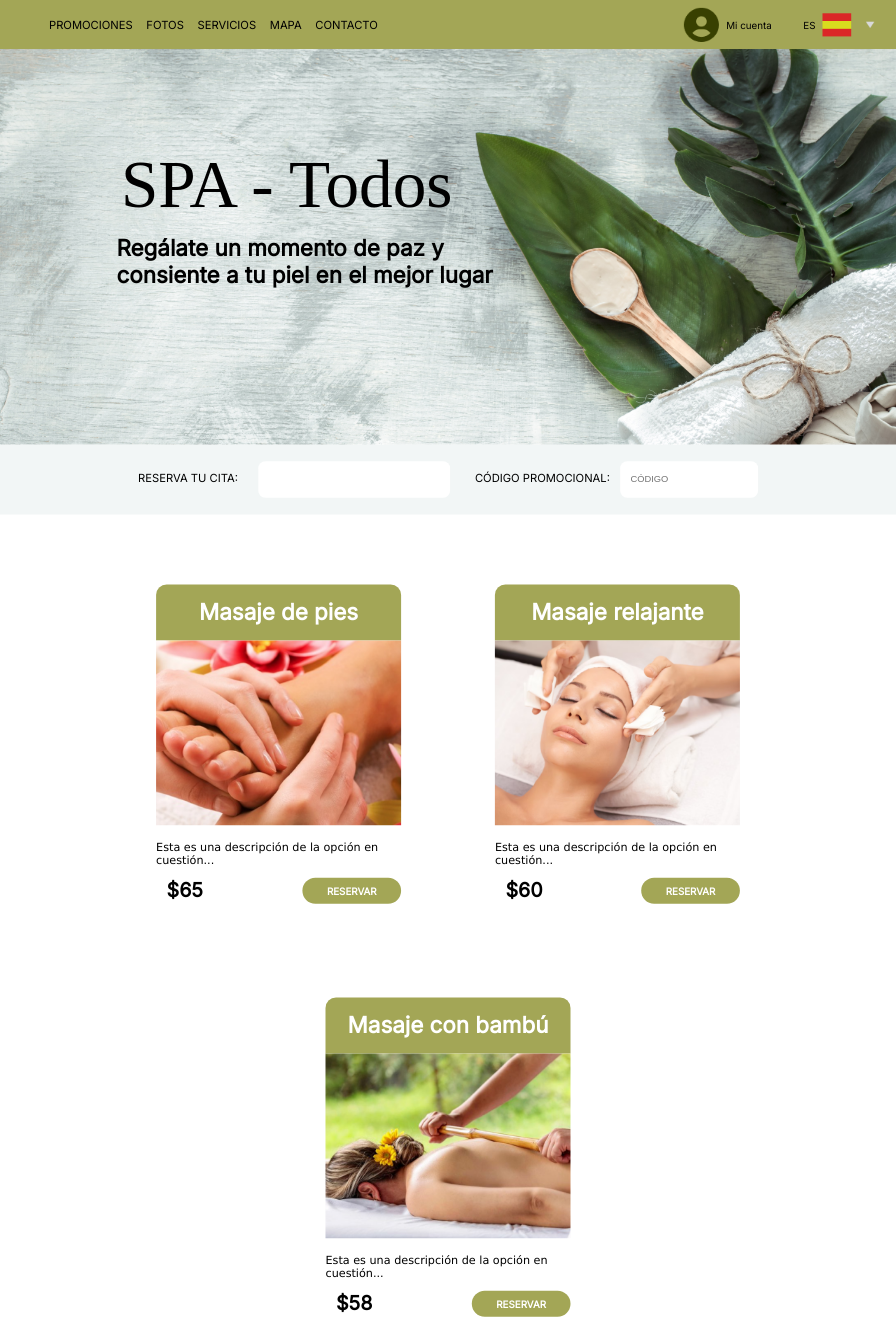
Repository: alexc492/Spa
Page: index.html
An editor plug-in stored every save of this project. The page is shown before and after the next save, followed by the edit.
The browser window is 1280 px wide. The pictures show the part of the page from y = 0 to 1920 px (the page is 2844 px tall), at 70% of full size.
Some web fonts or font styles are not loaded; a fallback is used.

Above is the page before, as saved 2025-05-27 04:02:38.

### index.html
<!DOCTYPE html>
<html lang="en">
<head>
    <meta charset="UTF-8">
    <meta name="viewport" content="width=device-width, initial-scale=1.0">
    <title>SPA</title>
    <link rel="stylesheet" href="styleSpa.css">
    <link href="https://fonts.googleapis.com/css2?family=Inter&display=swap" rel="stylesheet">
    <link href="https://fonts.googleapis.com/css2?family=Romanesco&display=swap" rel="stylesheet">
</head>
<body>
    <!-- Menú -->
     <header>
        <nav>
            <ul>
                <li><a href="#promociones">PROMOCIONES</a></li>
                <li><a href="#fotos">FOTOS</a></li>
                <li><a href="#servicios">SERVICIOS</a></li>
                <li><a href="#mapa">MAPa</a></li>
                <li><a href="#contacto">CONTACTO</a></li>
            </ul>
            <div class="derecha">
                <div class="user">
                    <img src="images/user.png" alt="avatar">
                    <span class="miniatura">Mi cuenta</span>
                </div>
                <div class="language">
                    <span class="miniatura">ES</span>
                    <img src="images/flag.png" alt="bandera">
                </div>
                <div class="flecha">
                    <img src="images/arrow.png" alt="flecha">
                </div>
            </div>
        </nav>
     </header>
    <!-- Contenido -->
     <div class="fondo">
        <img src="images/main.png" alt="fondo">
     </div>
     <div class="titulo">
        <h1>SPA - Todos</h1>
        <p>Regálate un momento de paz y <br> consiente a tu piel en el mejor lugar</p>
     </div>
     <!-- Reserva -->
      <div class="reserva">
        <div class="rc">
            <label for="reserva">Reserva tu cita:</label>
            <input type="text" id="cita" name="cita">
        </div>
        <div class="cp">
            <label for="codigo">Código promocional:</label>
            <input type="text" placeholder="CÓDIGO" id="promocional" name="promocional">
        </div>
      </div>
     <!-- Masajes -->
      <div class="tipos">
        <div class="masajes">
            <div class="masaje">
                <div class="nombre">
                    <h2>Masaje de pies</h2>
                </div>
                <div class="img-masaje">
                    <img src="images/pies.png" alt="Masaje de pies">
                </div>
                <div class="descripcion">
                    <p>Esta es una descripción de la opción en cuestión...</p>
                </div>
                <div class="pb">
                    <div class="precio">$65</div>
                    <!-- Botón de reserva -->
                    <div class="boton-reserva">
                        <a href="#reserva">Reservar</a>
                    </div>
                </div>
            </div>
            <div class="masaje">
                <div class="nombre">
                    <h2>Masaje relajante</h2>
                </div>
                <div class="img-masaje">
                    <img src="images/relajante.png" alt="Masaje relajante">
                </div>
                <div class="descripcion">
                    <p>Esta es una descripción de la opción en cuestión...</p>
                </div>
                <div class="pb">
                    <div class="precio">$60</div>
                    <!-- Botón de reserva -->
                    <div class="boton-reserva">
                        <a href="#reserva">Reservar</a>
                    </div>
                </div>
            </div>
            <div class="masaje">
                <div class="nombre">
                    <h2>Masaje con bambú</h2>
                </div>
                <div class="img-masaje">
                    <img src="images/bambu.png" alt="Masaje con bambú">
                </div>
                <div class="descripcion">
                    <p>Esta es una descripción de la opción en cuestión...</p>
                </div>
                <div class="pb">
                    <div class="precio">$58</div>
                    <!-- Botón de reserva -->
                    <div class="boton-reserva">
                        <a href="#reserva">Reservar</a>
                    </div>
                </div>
            </div>
        </div>
      </div>
    <!-- Planes de socio -->
    <div class="tipo-plan">
        <div class="descripcion-plan">
            <h2>Hazte socio y prueba nuestros beneficios</h2>
        </div>
        <div class="planes">
            <div class="plan">
                <div class="img-plan">
                    <img src="images/gold.png" alt="Plan Gold">
                </div>
                <div class="nombre-plan">
                    <h2>Gold</h2>
                </div>
                <!-- Botón ver condiciones -->
                <div class="boton-condiciones">
                    <a href="#vercondiciones">Ver condiciones</a>
                </div>
                <div class="beneficios">
                    <ul>
                        <li>Gimnasio</li>
                        <li>Piscina</li>
                        <li>Todos los tratamientos</li>
                    </ul>
                </div>
            </div>
            <div class="plan">
                <div class="img-plan">
                    <img src="images/premium.png" alt="Plan Premium">
                </div>
                <div class="nombre-plan">
                    <h2>Premium</h2>
                </div>
                <!-- Botón ver condiciones -->
                <div class="boton-condiciones">
                    <a href="#vercondiciones">Ver condiciones</a>
                </div>
                <div class="beneficios">
                    <ul>
                        <li>Gimnasio</li>
                        <li>Todos los tratamientos</li>
                    </ul>
                </div>
            </div>
            <div class="plan">
                <div class="img-plan">
                    <img src="images/plate.png" alt="Plan Gold">
                </div>
                <div class="nombre-plan">
                    <h2>Plate</h2>
                </div>
                <!-- Botón ver condiciones -->
                <div class="boton-condiciones">
                    <a href="#vercondiciones">Ver condiciones</a>
                </div>
                <div class="beneficios">
                    <ul>
                        <li>Tratamientos faciales</li>
                    </ul>
                </div>
            </div>
        </div>
    </div>
    <!-- Footer -->
    <footer class="footer">
        <ul>
            <li><a href="#politicasdecookies">Políticas de cookies</a></li>
            <li><a href="#avisolegal">Aviso legal</a></li>
            <li><a href="#protecciondedatos">Protección de datos</a></li>
            <li><a href="#mapadelsitio">Mapa del sitio</a></li>
        </ul>
        <div class="redes">
            <span>Síguenos en</span>
            <img src="images/rs_facebook.png" alt="facebook">
            <img src="images/rs_twiter.png" alt="twitter">
            <img src="images/rs_youtube.png" alt="youtube">
        </div>
    </footer>
</body>
</html>

### styleSpa.css
body{
    font-family:'Inter', sans-serif;
    background: #FFF;
    margin: 0;
    padding: 0;
}
/* Menú */
nav{
    background-color: #A3A656;
    color: #000;
    height: 70px;
    width: 100vw;
    top: 0;
    left: 0;
    display: flex;
    align-items: center;
}
nav ul{
    list-style: none;
    text-decoration: none;
    padding-left: 70px;
}
nav ul a{
    text-decoration: none;
    color: #000;
}
nav ul li{
    display: inline;
    padding-right: 15px;
    font-size: 16px;
    font-weight: 400;
    text-transform: uppercase;
}
nav ul li:hover{
    background-color: #FFFF00;
}

nav .derecha{
    display: flex;
    align-items: flex-end center;
    margin-left: auto;
}
.miniatura{
    font-weight: 400;
    font-size: 14px;
}
.user{
    display: flex;
    align-items: center;
    margin-left: auto;
}
nav .user img{
    width: 50px;
    height: 50px;
    margin-right: 10px;
}
nav .user span{
    margin-right: 45px;
}
.language{
    display: flex;
    align-items: center;
    margin-left: auto;
    margin-right: 20px;
}
nav .language span{
    margin-right: 10px;
}
nav .flecha{
    display: flex;
    align-items: center;
    margin-left: auto;
    margin-right: 30px;
}

/* Contenido */
.fondo img{
    width: 100vw;
}
.titulo h1{
    font-family: 'Romanesco', cursive;
    color: #000;
    font-size: 96px;
    font-weight: 400;
    position: absolute;
    top: 20%;
    left: 13.5%;
}
.titulo p{
    font-family: 'Inter', sans-serif;
    color: #000;
    font-size: 32px;
    font-weight: 600;
    position: absolute;
    top: 42%;
    left: 13%;
    list-style: inline;
}

/* Reserva */
.reserva{
    background: #F2F6F6;
    height: 100px;
    width: 100vw;
    margin-top: -4px;
    display: flex;
    align-items: center;
    justify-content: center;
}
.reserva label{
    color: #000;
    font-family: 'Inter', sans-serif;
    font-size: 16px;
    font-weight: 400;
    text-transform: uppercase;
}
.rc label{
    margin-right: 25px;
}
.rc input{
    width: 270px;
    height: 50px;
    border-radius: 10px;
    border: none;
}
.cp label{
    margin-left: 35px;
    margin-right: 10px;
}
.cp input{
    width: 180px;
    height: 50px;
    border-radius: 10px;
    border: none;
    padding-left: 15px;
}

/* Masajes */
.tipos .masajes{
    display: flex;
    justify-content: center;
    align-items: center;
    flex-wrap: wrap;
    gap: 134px;
    padding-top: 100px;
    padding-bottom: 70px;
}
.masaje{
    background: #FFF;
    font-family: Verdana, Geneva, Tahoma, sans-serif;
    border-radius: 15px 15px 0px 0px;
    width: 350px;
}
.masaje .nombre h2{
    background: #A3A656;
    color: #FFF;
    font-family: 'Inter', sans-serif;
    font-size: 32px;
    font-weight: 600;
    text-align: center;
    margin: 0;
    padding: 20px 0px 0px 0px;
    height: 60px;
    border-radius: 15px 15px 0px 0px;
}
.masaje .precio{
    font-family: 'Inter', sans-serif;
    font-weight: 600;
    font-size: 28px;
    padding-left: 15px;
}
.pb{
    display: flex;
    justify-content: space-between;
    align-items: center;
}
.masaje .boton-reserva{
    background: #A3A656;
    font-family: 'Inter', sans-serif;
    font-weight: 600;
    font-size: 14px;
    text-align: center;
    padding: 10px 35px;
    border-radius: 35px;
    cursor: pointer;
}
.masaje .boton-reserva:hover{
    background: #384001;
}
.boton-reserva a{
    text-decoration: none;
    color: #FFF;
    text-transform: uppercase;
}

/* Planes */
.tipo-plan{
    background: #F2F6F6;
    height: 770px;
    width: 100vw;
}
.tipo-plan .descripcion-plan h2{
    font-family: 'Inter', sans-serif;
    font-weight: 600;
    font-size: 32px;
    color: #000;
    text-align: center;
    padding-top: 35px;
    padding-bottom: 50px;
}
.tipo-plan .planes{
    display: flex;
    justify-content: center;
    align-items: center;
    flex-wrap: wrap;
    gap: 150px;
}
.plan .img-plan{
    background:#FFF;
    width: 233px;
    height: 233px;
    padding: 11px;
    border-radius: 50%;
    border:#384001 solid 10px;
    display: flex;
    justify-content: center;
    align-items: center;
}
.plan .nombre-plan{
    font-family: 'Inter', sans-serif;
    font-weight: 600;
    font-size: 20px;
    color: #000;
    text-transform: uppercase;
    text-align: center;
}
.plan .boton-condiciones a{
    text-decoration: none;
    color: #FFF;
    text-transform: uppercase;
}
.plan .boton-condiciones{
    background: #A3A656;
    font-family: 'Inter', sans-serif;
    font-weight: 600;
    font-size: 14px;
    text-align: center;
    padding: 20px 35px;
    border-radius: 35px;
    cursor: pointer;
}
.plan .boton-condiciones:hover{
    background: #384001;
}
.plan .beneficios{
    font-family: 'Inter', sans-serif;
    font-weight: 400;
    font-size: 16px;
    color: #000;
    display: flex;
    justify-content: center;
}
.plan .beneficios ul li{
    padding: 6px 0px 0px;
}

/* Footer */
.footer{
    background: #384001;
    height: 97px;
    width: 100vw;
    display: flex;
    align-items: center;
}
.footer ul{
    list-style: none;
    text-decoration: none;
    padding-left: 70px;
}
.footer ul a{
    text-decoration: none;
    color: #A3A656;
}
.footer ul li{
    display: inline;
    padding-right: 80px;
    font-family: 'Inter', sans-serif;
    font-size: 16px;
    font-weight: 400;
    text-transform: uppercase;
}
.footer .redes{
    display: flex;
    align-items: flex-end center;
    margin-left: auto;
}
.redes{
    display: flex;
    align-items: center;
    margin-left: auto;
    margin-right: 20px;
}
.footer .redes span{
    color: #A3A656;
    font-family: 'Inter', sans-serif;
    font-weight: 400;
    font-size: 16px;
    text-transform: uppercase;
    margin-right: 25px;
}
.footer .redes img{
    padding-right: 35px;
}

After the next save:
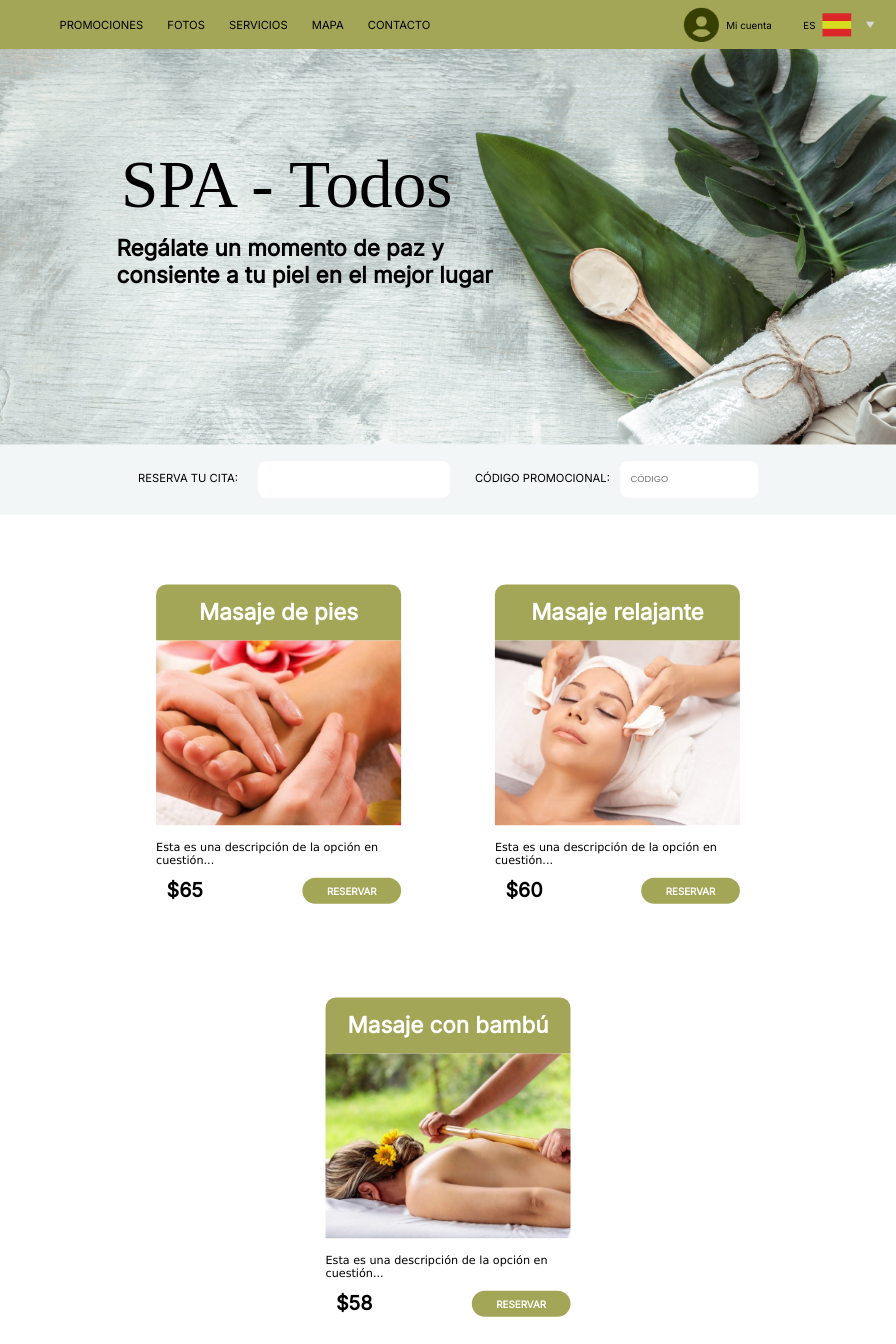
Saved 4 min 42 s later.
--- a/styleSpa.css
+++ b/styleSpa.css
@@ -26,7 +26,7 @@ nav ul a{
 }
 nav ul li{
     display: inline;
-    padding-right: 15px;
+    padding: 15px;
     font-size: 16px;
     font-weight: 400;
     text-transform: uppercase;
